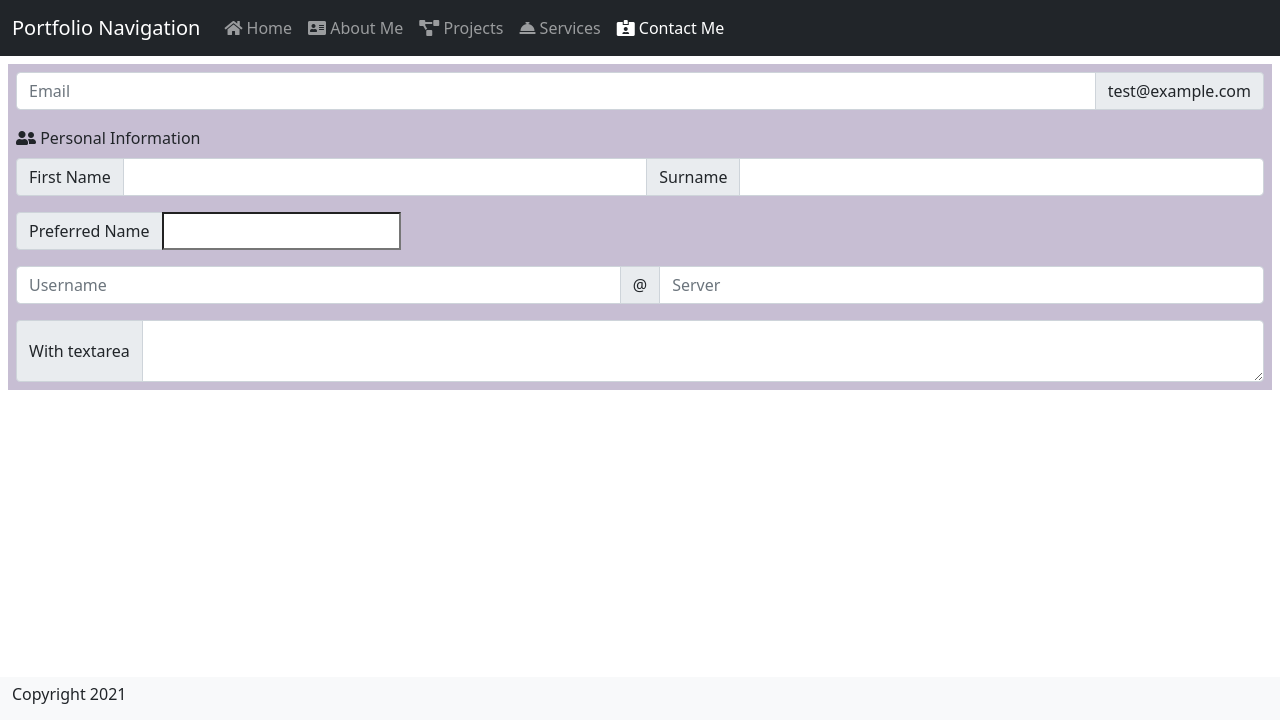
Repository: GarlicButterBoy/Portfolio
Page: contact.html
The author's editor kept a copy of each file at every save. The page is drawn from the files as they stood at one save, then again after the next save.
The browser window is 1280 px wide. The page is 1284 px wide, so the pictures cover 1284 px, including what lies to the right of the window. The pictures show the whole page.

Above is the page before, as saved 2021-06-09 13:04:33.

### contact.html
<!DOCTYPE html>
<html lang="en">
<head>
    <meta charset="UTF-8">
    <meta http-equiv="X-UA-Compatible" content="IE=edge">
    <meta name="viewport" content="width=device-width, initial-scale=1.0">
    <title>Nick Sturch-Flint Portfolio</title>
    <link rel="stylesheet" href="./node_modules/bootstrap/dist/css/bootstrap.min.css">
    <link rel="stylesheet" href="./node_modules/@fortawesome/fontawesome-free/css/all.min.css">
    <link rel="stylesheet" href="./Content/app.css">
</head>
<body>
  <!-- Main Navigation -->
    <nav class="navbar navbar-expand-lg navbar-dark bg-dark">
        <div class="container-fluid">
          <a class="navbar-brand" href="#">Portfolio Navigation</a>
          <button class="navbar-toggler" type="button" data-bs-toggle="collapse" data-bs-target="#navbarNavAltMarkup" aria-controls="navbarNavAltMarkup" aria-expanded="false" aria-label="Toggle navigation">
            <span class="navbar-toggler-icon"></span>
          </button>
          <div class="collapse navbar-collapse" id="navbarNavAltMarkup">
            <div class="navbar-nav ml-auto">
              <a id="home" class="nav-link" aria-current="page" href="index.html"><i class="fas fa-home"></i> Home</a>
              <a id="about" class="nav-link" href="about.html"><i class="fas fa-address-card"></i> About Me</a>
              <a id="projects" class="nav-link" href="projects.html"><i class="fas fa-project-diagram"></i> Projects</a>
              <a id="services" class="nav-link" href="services.html"><i class="fas fa-concierge-bell"></i> Services</a>
              <a id="contact" class="nav-link" href="contact.html"><i class="fas fa-id-card-alt"></i> Contact Me</a>
            </div>
          </div>
        </div>
      </nav>
      <!-- End of Main Navigation -->

      <main class="containrer p-2">
        <div class="row">
          <div class="col">
            <div class="jumbotron p-2" id="contentArea">

              <div class="input-group mb-3">
                <input type="text" class="form-control" placeholder="Email" aria-label="Email" aria-describedby="basic-addon2">
                <span class="input-group-text" id="basic-addon2">test@example.com</span>
              </div>

              <label for="basic-url" class="form-label"><i class="fas fa-user-friends"></i> Personal Information</label>
              <div class="input-group mb-3">
                <span class="input-group-text" id="basic-addon3">First Name</span>
                <input type="text" class="form-control" id="basic-url" aria-describedby="basic-addon3">

                <span class="input-group-text">Surname</span>
                <input type="text" class="form-control" aria-label="Surname">
              </div>

              <div class="input-group mb-3">
                <span class="input-group-text">Preferred Name</span>
                <input type="text">
              </div>

              <div class="input-group mb-3">
                <input type="text" class="form-control" placeholder="Username" aria-label="Username">
                <span class="input-group-text">@</span>
                <input type="text" class="form-control" placeholder="Server" aria-label="Server">
              </div>

              <div class="input-group">
                <span class="input-group-text">With textarea</span>
                <textarea class="form-control" aria-label="With textarea"></textarea>
              </div>
            </div>
          </div>
        </div>
      </main>


      <footer>
        <nav class="navbar fixed-bottom navbar-light bg-light">
          <div class="container-fluid">
            <h6>Copyright 2021</h6>
          </div>
        </nav>
      </footer>

      <!-- Third Party Libraries -->
      <script src="./node_modules/jquery/dist/jquery.min.js"></script>
      <script src="./node_modules/bootstrap/dist/js/bootstrap.min.js"></script>

      <!-- Third Party Libraries -->
    <script src="./Scripts/app.js"></script>
</body>
</html>

### Content/app.css
.jumbotron {
    background-color: #c7bed3;
  }

### Scripts/app.js
"use strict";

//IIFE - Immediately Invoked Function Expression
// OR - Anonymous Self Executing Function
(function()
{
    //declare function variables here...
    console.log("%cDeclaring Variables", "color:blue");

    /**
     * Variable Initialization in this function
     */
    function Start()
    {
        console.log("%cInitializing Variables", "color:green");

        PageSwitcher();

        Main();
    }

    function PageSwitcher()
    {
        let name = window.location.pathname; //returns full .html page name
        let pageName = name.substring(1, name.length - 5); //returns page name without the first / and the final .html


        switch(pageName)
        {
            case "index":
                DisplayHome();

                break;
            case "about":
                DisplayAbout();
                break;
            case "projects":
                DisplayProjects();
                break;
            case "services":
                DisplayServices();
                break;
            case "contact":
                DisplayContact();
                break;
            default:
                console.error("Page Not Found");
                break;
        }

        $("#"+pageName).addClass("active"); //makes the active page link highlighted
    }

    function DisplayHome()
    {
        document.getElementById("home").className = "nav-link active";
         $("button").on("click", () => {
              location.href = "projects.html";
         });
    }

    function DisplayAbout()
    {

    }

    function DisplayProjects()
    {

    }

    function DisplayServices()
    {

    }

    function DisplayContact()
    {

    }

    /**
     * Main program Entry point is here
     */
    function Main()
    {
        console.log("%cMain Program Starting", "color:orange");

    }

    window.addEventListener("load", Start);
})();

Loaded but not shown: node_modules/bootstrap/dist/css/bootstrap.min.css (library); node_modules/@fortawesome/fontawesome-free/css/all.min.css (library); node_modules/jquery/dist/jquery.min.js (library); node_modules/bootstrap/dist/js/bootstrap.min.js (library)

After the next save:
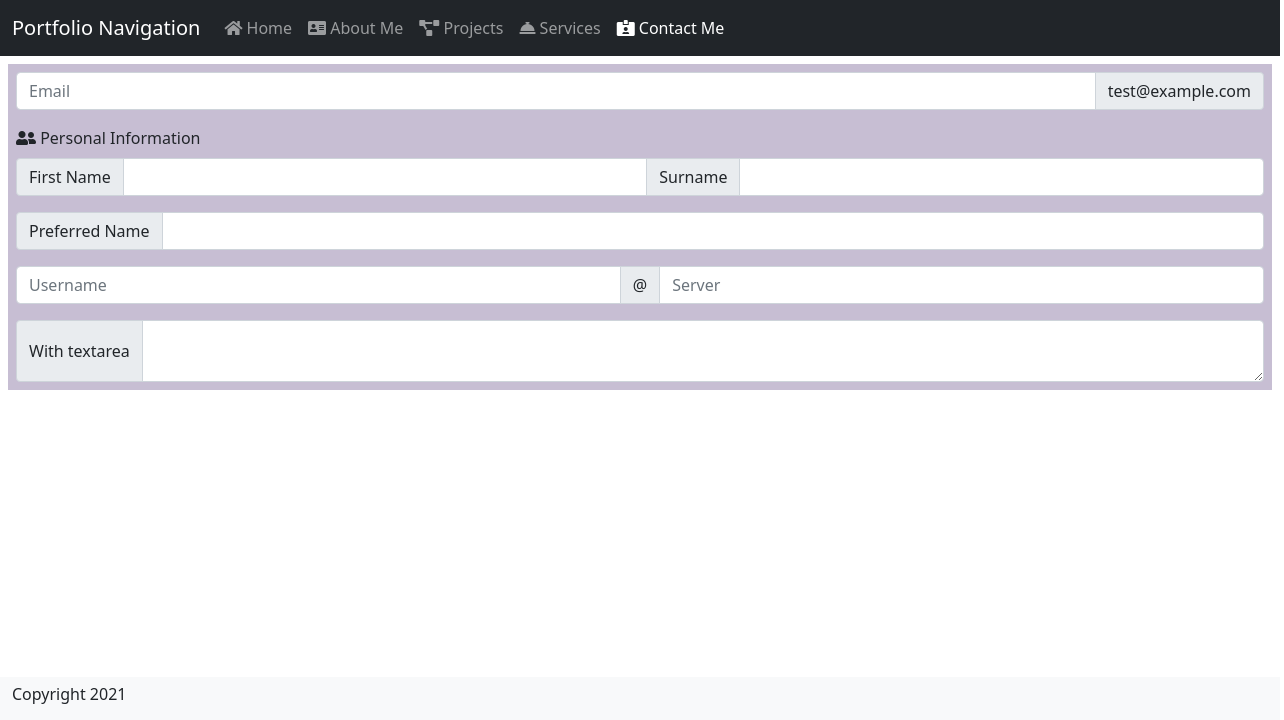
Saved 8 s later.
--- a/contact.html
+++ b/contact.html
@@ -51,7 +51,7 @@
 
               <div class="input-group mb-3">
                 <span class="input-group-text">Preferred Name</span>
-                <input type="text">
+                <input type="text" class="form-control">
               </div>
 
               <div class="input-group mb-3">
